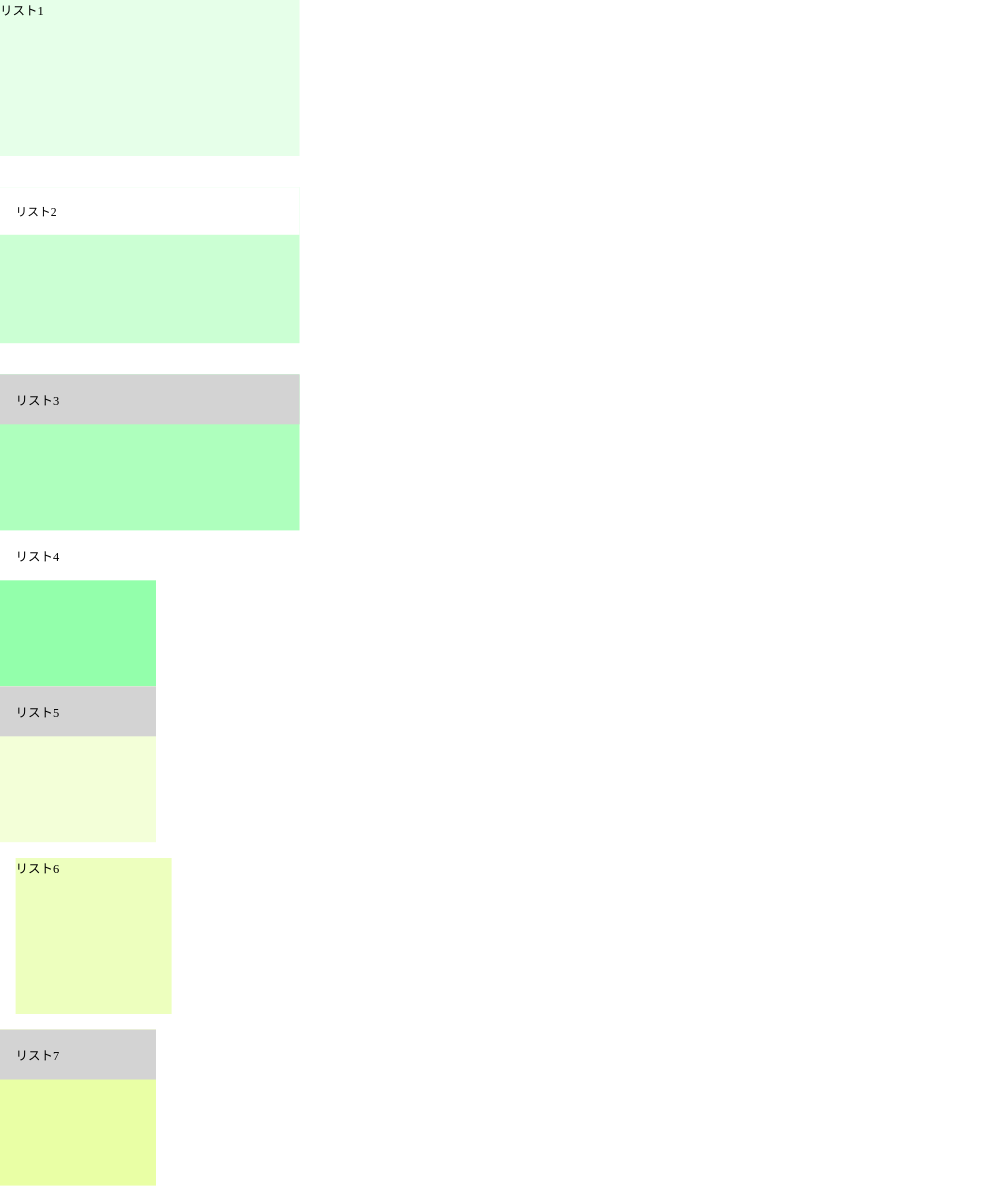
Repository: Raychel-310/chapter10
Page: chapter8_exercise/chapter8_exercise.html
The author's editor kept a record of every edit. The page is drawn from the files as they stood at one moment, then again after the next edit.
The browser window is 1280 px wide. The pictures show the whole page, at 78% of full size.

Above is the page before.

### chapter8_exercise/chapter8_exercise.html
<!DOCTYPE html>
<html lang="ja">
  <head>
    <meta charset="UTF-8" />
    <!-- CSSファイルの読み込み -->
    <link rel="stylesheet" href="chapter8_exercise.css" />
    <title>service</title>
  </head>

  <body>
    <div class="box1">
      <p>
        リスト1
      </p>
    </div>
    <div class="box2">
      <p class="list2">
        リスト2
      </p>
    </div>
    <div class="box3">
      <p class="list3">
        リスト3
      </p>
    </div>
    <div class="box4">
      <p class="list4">
        リスト4
      </p>
    </div>
    <div class="box5">
      <p class="list5">
        リスト5
      </p>
    </div>
    <div class="list6">
      <p class="box6">
        リスト6
      </p>
    </div>
    <div class="box7">
      <p class="list7">
        リスト7
      </p>
    </div>
  </body>

### chapter8_exercise/chapter8_exercise.css
* {
  margin: 0;
  padding: 0;
  box-sizing: border-box;
}

main {
  width: 960px;
  margin: 50px auto;
}

.list1 {
background:#d3d3d3; /*背景色の指定*/
padding-top:20px;
padding-left: 20px;
padding-bottom: 20px;
color: 808080;
}

.list1 p {
margin:0;
padding:0;
}

.list2 {
background:#ffffff; /*背景色の指定*/
padding-top:20px;
padding-left: 20px;
padding-bottom: 20px;
color: 808080;
font-size: 15px;
}

.list2 p {
margin:0;
padding:0;
}

.list3 {
background:#d3d3d3; /*背景色の指定*/
padding-top:20px;
padding-left: 20px;
padding-bottom: 20px;
color: 808080;
}

.list3 p {
margin:0;
padding:0;
}

.list4 {
background:#ffffff; /*背景色の指定*/
padding-top:20px;
padding-left: 20px;
padding-bottom: 20px;
color: 808080;
}

.list4 p {
margin:0;
padding:0;
}

.list5 {
background:#d3d3d3; /*背景色の指定*/
padding-top:20px;
padding-left: 20px;
padding-bottom: 20px;
color: 808080;
}

.list5 p {
margin:0;
padding:0;
}

.list6 {
background:#ffffff; /*背景色の指定*/
padding-top:20px;
padding-left: 20px;
padding-bottom: 20px;
color: 808080;
}

.list6 p {
margin:0;
padding:0;
}

.list7 {
background:#d3d3d3; /*背景色の指定*/
padding-top:20px;
padding-left: 20px;
padding-bottom: 20px;
color: 808080;
}

.list7 p {
margin:0;
padding:0;
}

.box1 {
  width: 30%;
  height: 200px;
  background-color: #e6ffe9;
  margin-right: 5%;
  margin-bottom: 40px;
}

.box2 {
  width: 30%;
  height: 200px;
  background-color: #cbffd3;
  margin-right: 5%;
  margin-bottom: 40px;
}

.box3 {
  width: 30%;
  height: 200px;
  background-color: #aeffbd;
}

.box4 {
  width: 200px;
  height: 200px;
  background-color: #93ffab;
}

.box5 {
  width: 200px;
  height: 200px;
  background-color: #f3ffd8;
}

.box6 {
  width: 200px;
  height: 200px;
  background-color: #edffbe;
}

.box7 {
  width: 200px;
  height: 200px;
  background-color: #e9ffa5;
}

.box8 {
  width: 200px;
  height: 200px;
  background-color: #e4ff8d;
}

.box9 {
  width: 200px;
  height: 200px;
  background-color: #d9e5ff;
}

After the next edit:
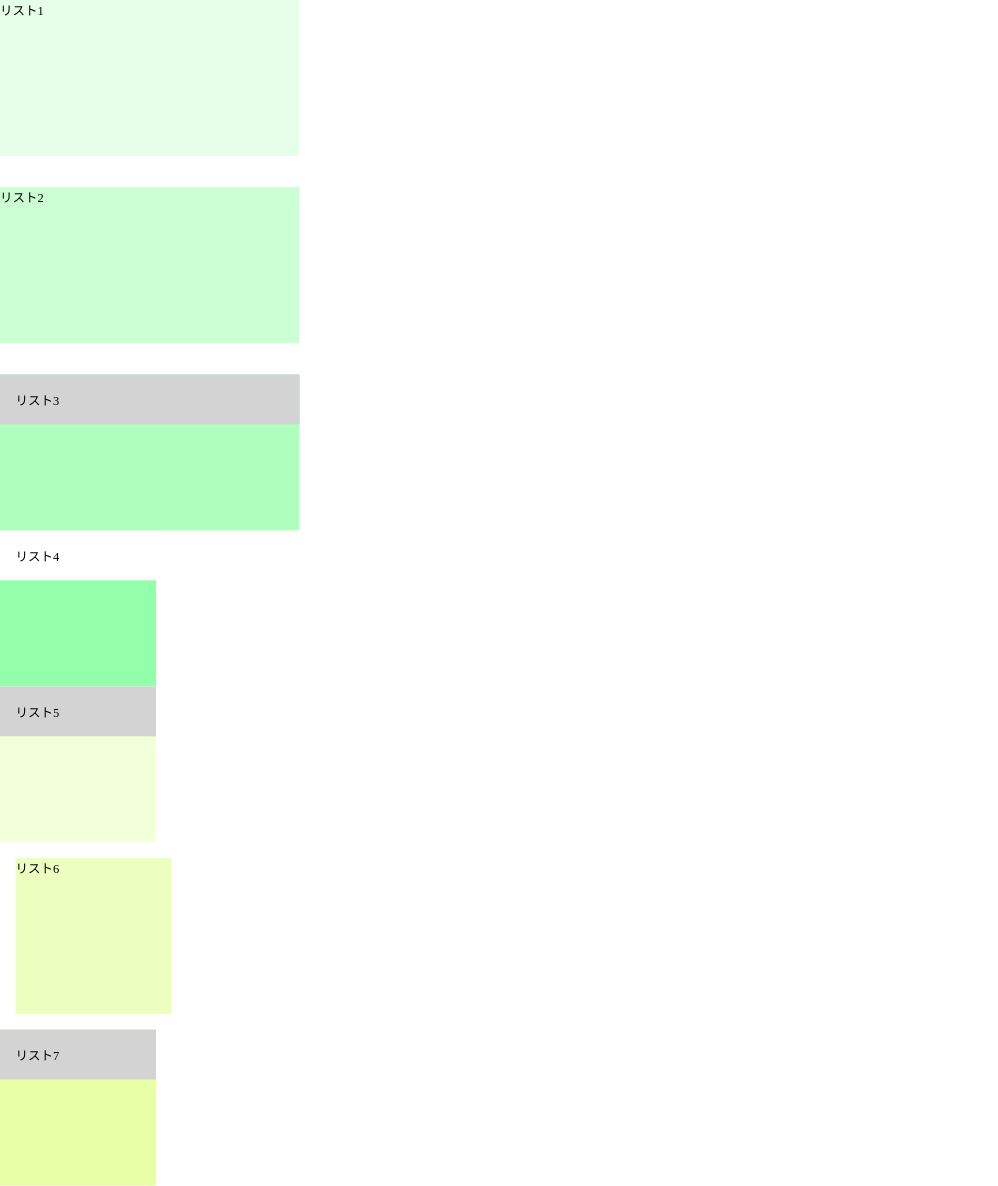
The edit:
--- a/chapter8_exercise/chapter8_exercise.html
+++ b/chapter8_exercise/chapter8_exercise.html
@@ -14,7 +14,7 @@
       </p>
     </div>
     <div class="box2">
-      <p class="list2">
+      <p>
         リスト2
       </p>
     </div>
